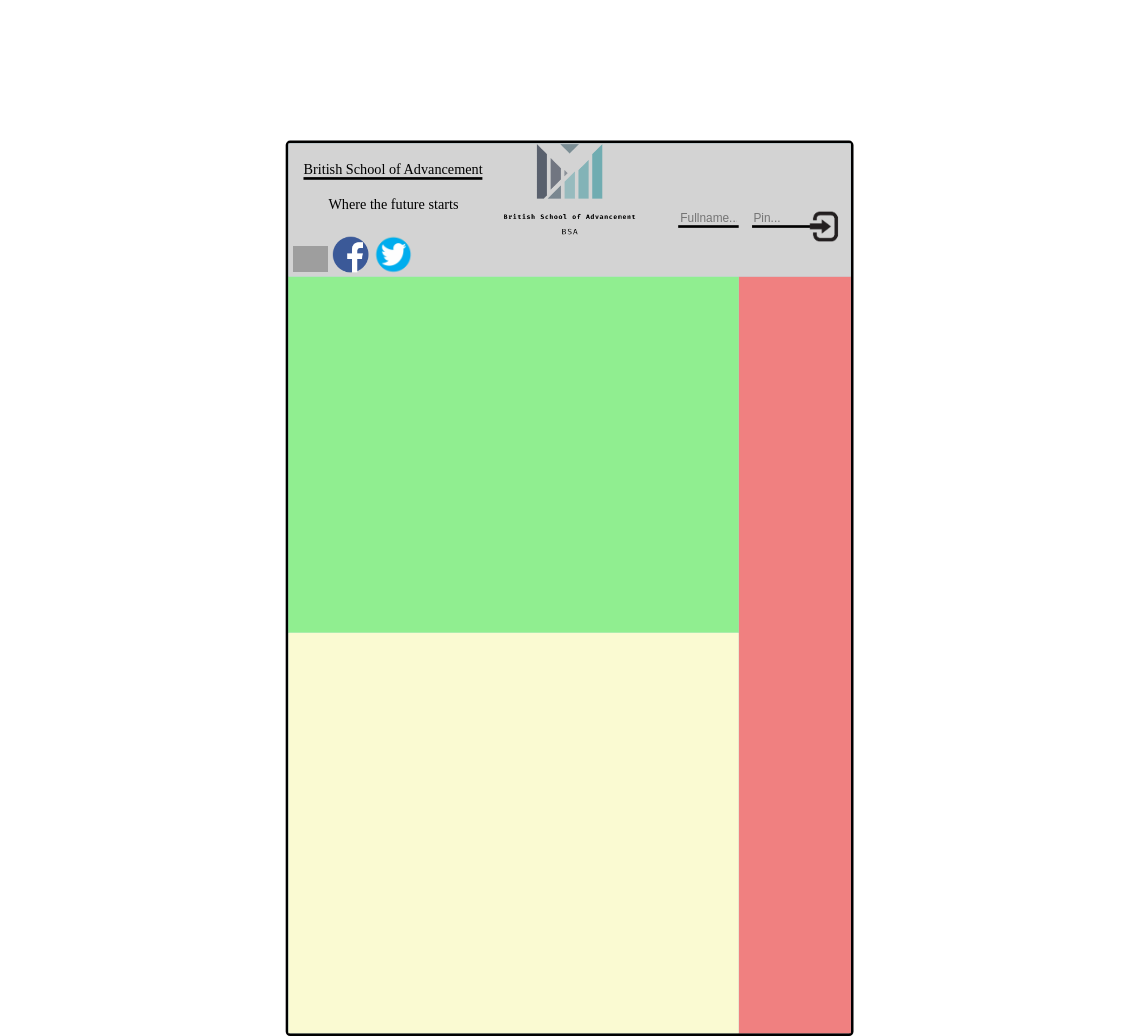
Repository: ghend99/School-app
Page: index.html
The author's editor kept a copy of each file at every save. The page is drawn from the files as they stood at one save, then again after the next save.
The browser window is 1280 px wide. The pictures show the whole page, at 89% of full size.
Pictures or frames that could not be fetched are drawn as grey boxes.

Above is the page before, as saved 2023-03-24 13:25:42.

After the next save:
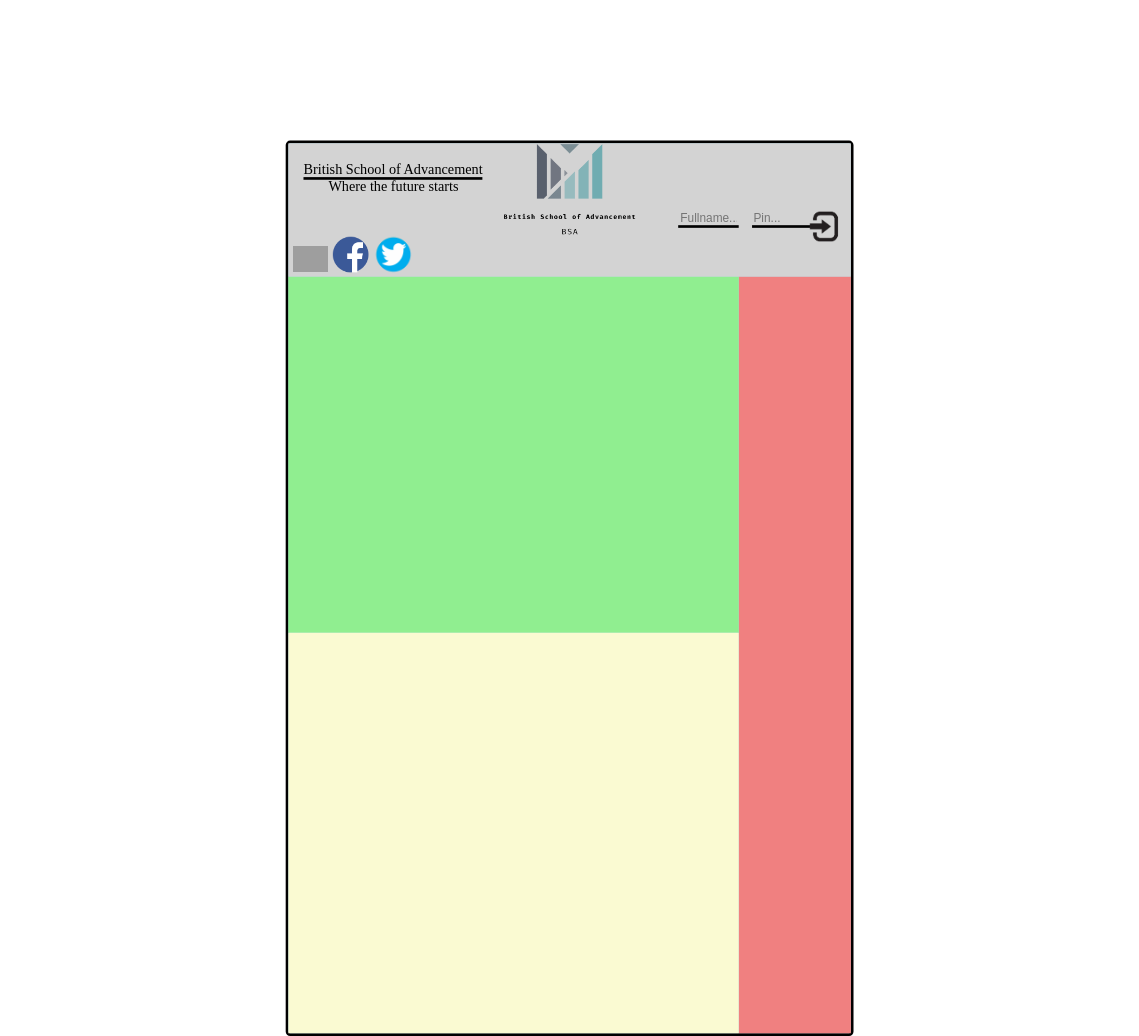
Saved 11 s later.
--- a/style.css
+++ b/style.css
@@ -31,7 +31,7 @@
 
 .header-school-slogan {
   position: absolute;
-  top: clamp(5%, 60px, 100px);
+  top: clamp(5%, 60px, 40px);
 
   left: clamp(45px, 5%, 70px);
   font-size: clamp(0.9rem, 1.5vw, 1rem);

After the save that followed:
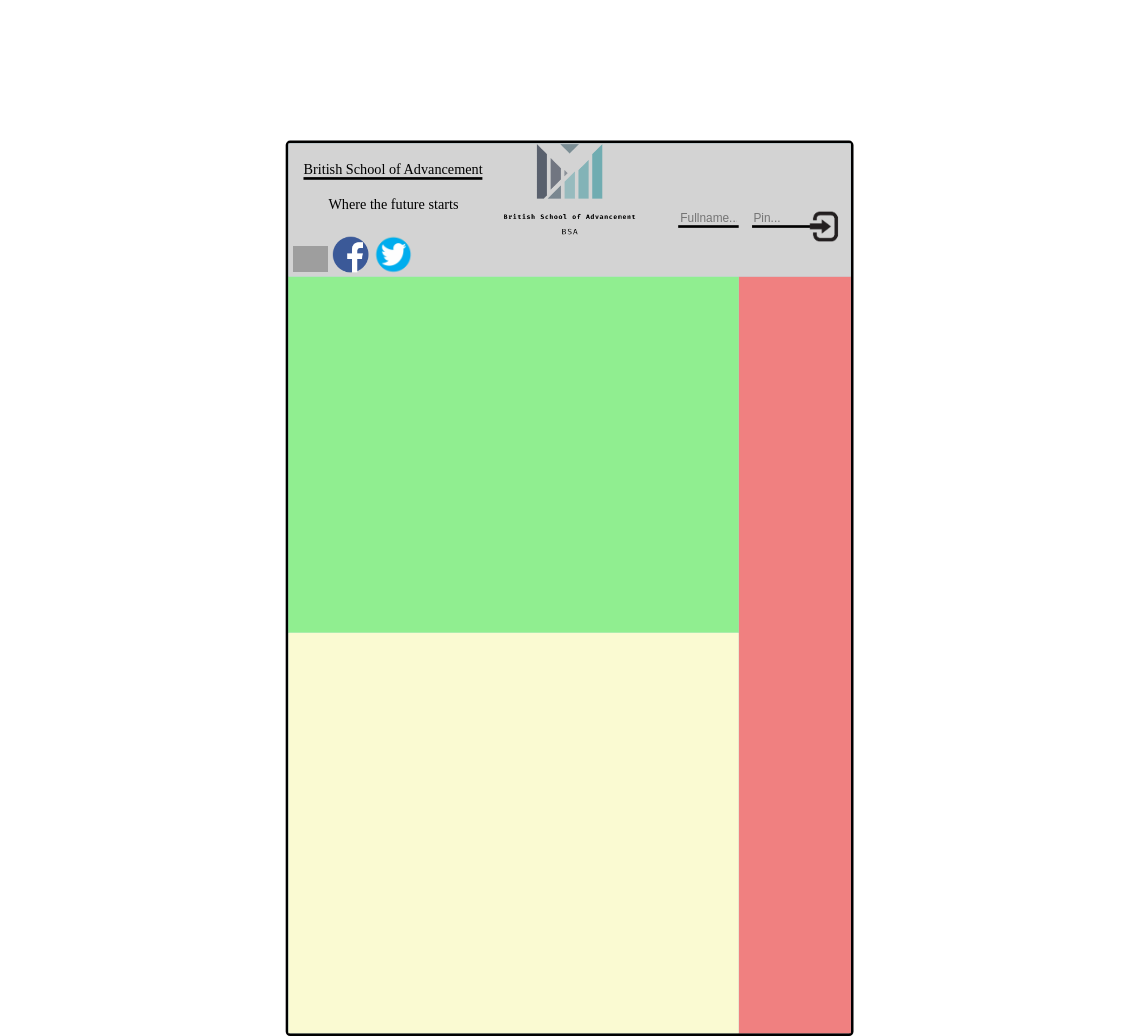
Saved 11 s later.
--- a/style.css
+++ b/style.css
@@ -31,7 +31,7 @@
 
 .header-school-slogan {
   position: absolute;
-  top: clamp(5%, 60px, 40px);
+  top: clamp(5%, 60px, 80px);
 
   left: clamp(45px, 5%, 70px);
   font-size: clamp(0.9rem, 1.5vw, 1rem);
